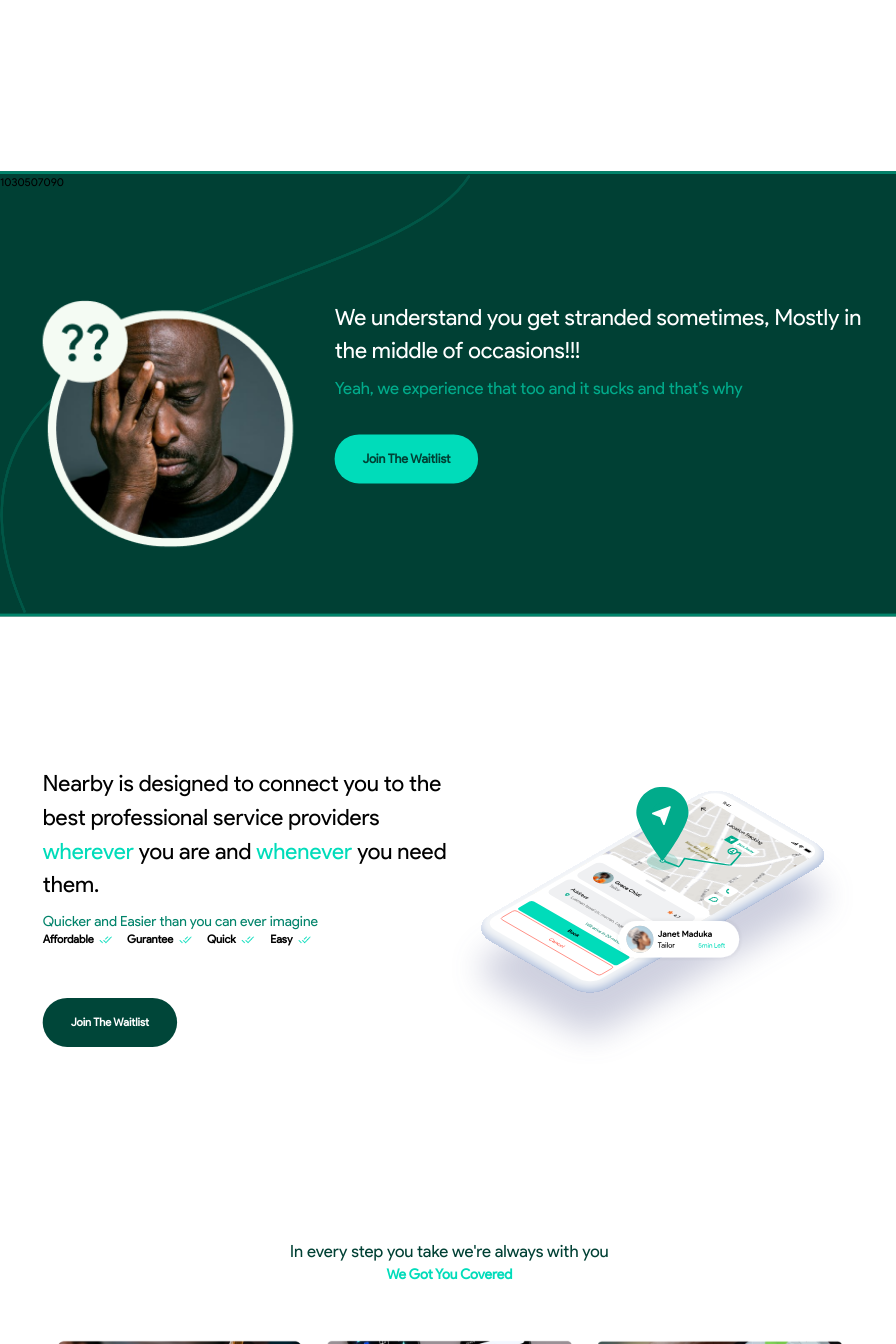
Repository: Eugene44-hub/Mearby
Page: /
An editor plug-in stored every save of this project. The page is shown before and after the next save, followed by the edit.
The browser window is 1280 px wide. The pictures show the part of the page from y = 621 to 2541 px (the page is 5288 px tall before and 5264 px after), at 70% of full size.
The project was rebuilt for these pictures with package versions that can differ from the ones it lists, and the page was loaded fresh each time. Also part of the build but not shown: src/components/understand/Understand.module.css.

Above is the page before, as saved 2022-05-01 13:29:40.

### src/App.tsx
import Nav from './components/nav/Nav';
import LandingPage from './pages/landing/LandingPage';

function App() {
  return (
    <div className='overflow-hidden'>
      <Nav />
      <LandingPage />
    </div>

  );
}

export default App;

### src/components/nav/Nav.tsx
import React from 'react';
import send from '../../assets/images/send.svg';
import nearby from '../../assets/images/nearby logo.svg';
import styles from "./Nav.module.css"
const Nav = () => {
	return (
		<nav className={`md:h-auto h-[96.57px] ${styles.nav} flex`}>
			<header className="m-auto block md:hidden">
				<div className="flex justify-center">
					<img
						src={send}
						className="bg-[#00DCBA] mr-[16.79px] p-3 rounded-tl-[8.91471px] rounded-br-[8.91471px]"
						alt="send"
					/>
					<img src={nearby} alt="send" />
				</div>
			</header>
		</nav>
	);
};

export default Nav;

### src/pages/landing/LandingPage.tsx
import React from 'react'
import Hero from '../../components/hero/Hero';
import Understand from '../../components/understand/Understand';
import janet from '../../assets/images/janet.svg'
import ProfSer from '../../components/profSer/ProfSer';
import Covered from '../../components/covered/Covered';
import Provide from '../../components/Provide/Provide';
import Form from '../../components/form/Form';
const LandingPage = () => {
  return (
    <>

      <Hero />
      <Understand />
      <div className='flex justify-end'>
        <img src={janet} className="md:hidden  mt-[6.313rem]" alt="janet" />

      </div>
      <ProfSer />
      <Covered />
      <Provide />
      <Form/>
    </>
  )
}

export default LandingPage

### src/components/nav/Nav.module.css
@media screen and (max-width:768px) {
    .nav{
/* display: none; */
/* bg-[#014034] */
background-color:#014034;
}
}

### src/components/hero/Hero.tsx
import React from 'react';
import styles from './Hero.module.css';
import checked from '../../assets/images/checked.png';
import heroImg from '../../assets/images/heroImg.png';
import send from '../../assets/images/send.svg';
import nearby from '../../assets/images/nearbyDark.svg';

const Hero = () => {
	const minorText: string[] = [ 'affordable', 'gurantee', 'quick', 'easy' ];
	return (
		<section className="container md:pl-[61px]">
			<div className={`${styles.container} md:flex justify-between`}>
				<div className={`${styles.heroContainer} mb-[3rem] flex flex-wrap md:w-[50%]`}>
					<div className="md:flex w-[20%] hidden mt-[62px] items-center">
						<img
							src={send}
							className="bg-[#00DCBA] w-[100%] mr-[16.79px] p-3 rounded-tl-[8.91471px] rounded-br-[8.91471px]"
							alt="send"
						/>
						<img src={nearby} alt="send" />
					</div>

					<div className="m-auto">
						<h2 className={` ${styles.connectHead} flex items-end md:h-[95.5px]`}>Connecting You</h2>
						<p className={`text-[2rem] ${styles.connectText}`}>
							Getting a Professional service provider for your immediate needs Has never been easier!
						</p>
					</div>

					<ul className={`${styles.connectList} mt-5 flex justify-between `}>
						{minorText.map((item, index) => (
							<li key={index} className="flex items-center capitalize mr-2">
								{item} <img src={checked} className="w-[18px] ml-2" alt="checked" />
							</li>
						))}
					</ul>

					<div className="w-[100%] md:pt-[53px] mt-5 flex md:px-0 p-5">
						<button className="bg-[#004639] font-bold border-white border w-[172px] h-[51px] text-white mr-5 rounded-[50px]">
							Join the Waitlist
						</button>
						<button className="bg-[#C1F2EB] font-bold w-[129px] h-[51px] rounded-[50px] text-[#004034] border border-[#004034] capitalize">
							read more
						</button>
					</div>
				</div>
				<div className="md:w-[50%]">
					<img src={heroImg} className={styles.heroImg} alt="girl" />
				</div>
			</div>
		</section>
	);
};

export default Hero;
// wKcVoY0oBaK0dDUj5
// yX2Q8nskPsN4AjVkAPMBM

### src/components/understand/Understand.tsx
import React from 'react'
import understand from "../../assets/images/understand.png"
import WaitLight from "../../components/Buttons/WaitLight"
import lines from "../../assets/images/lines/darkGreen.svg"
import mobilelines from "../../assets/images/lines/mobileDarkGreen.svg"
import styles from "./Understand.module.css"
const Understand = () => {

  return (
    <div className={`bg-[#004034] ${styles.container} relative border-y-4 border-[#00836A] mt-[20rem]`}>
    {
      [20,40,60,80].map((item,index:number)=>(<img key={index} src={lines} className={`absolute left-[${item}%] hidden md:block h-full`}alt="lines" />))}

{[10,30,50,70,90]}
     <img src={mobilelines} className='absolute md:hidden block left-[10%] h-full' alt="lines" />
     <img src={mobilelines} className='absolute md:hidden block left-[30%]  h-full' alt="lines" />
     <img src={mobilelines} className='absolute md:hidden block left-[50%]  h-full' alt="lines" />
     <img src={mobilelines} className='absolute md:hidden block left-[70%] h-full' alt="lines" />
     <img src={mobilelines} className='absolute md:hidden block left-[90%]  h-full' alt="lines" />
      <div className='container  md:px-0 px-5 pt-[9.75rem] py-[5.938rem] md:pl-[61px] md:pr-[27px] md:flex justify-between  relative mt-[20rem]'>

        <img src={understand} className=" absolute block md:hidden translate-x-[-50%] left-[50%] top-[-20%]" alt="understand" />
        <div className='md:block hidden w-[30%]'>
          <img src={understand} className=" w-[100%]" alt="understand" />

        </div>

        <div className='md:w-[65%] md:mx-0 mx-auto '>
          <div>
            <p className='text-[2rem] text-white'>
              We understand you get stranded sometimes, Mostly in the middle of occasions!!!
            </p>
            <p className='mt-3 text-[1.5rem] text-[#01AB8B] '>
              Yeah, we experience that too and it sucks and that’s why  </p>
          </div>

          <div className='pt-[3rem]'>
            <WaitLight />
          </div>

        </div>
      </div>

    </div>

  )
}

export default Understand

### src/components/profSer/ProfSer.tsx
import React from 'react'
import styles from "./ProfSer.module.css"
import checked from '../../assets/images/checked.png';
import WaitDark from '../../components/Buttons/WaitDark';
import phone from "../../assets/images/phonemap.svg";
const ProfSer = () => {
  const minorText: string[] = ['affordable', 'gurantee', 'quick', 'easy'];

  return (
    <div className='container md:pl-[61px] md:pr-[57px] md:mt-[13.438rem] mt-[2.375rem] '>
      <div className='flex'>
        <div className='p-[20px] md:p-[0]  '>
          <p className='text-[2rem]'>
            Nearby is designed to connect you to the best professional service providers <span className="text-[#00DCBA]">wherever</span>  you are and  <span className="text-[#00DCBA]">whenever</span> you need them.

          </p>
          <p className='text-[1.25rem] text-[#00836A] pt-[0.813rem]'>Quicker and Easier than you can ever imagine</p>
          <ul className={`lg:w-[70%] flex justify-between `}>
            {minorText.map((item, index) => (
              <li key={index} className="flex items-center capitalize mr-2 font-bold">
                {item} <img src={checked} className="w-[18px] ml-2 mr-5" alt="checked" />
              </li>
            ))}
          </ul>

          <div className='mt-[4.438rem]'>
            <WaitDark />

          </div>


          {/* <img src={phone} className="translate-x-[-40%] float-right w-[781px] h-[451px]" alt="" /> */}
        </div>
        <img src={phone} className="w-[50%] h-[451px] hidden md:block float-right" alt="" />

        {/* <div className='flex-1 hidden lg:block m-auto'>
    <img src={phone} className=" w-100%  " alt="" />

    </div> */}

      </div>


      <div className={`${styles.phone} md:hidden mt-[5rem] w-[781px] h-[451px]`}>

      </div>
    </div>

  )
}

export default ProfSer

### src/components/covered/Covered.tsx
import React from 'react'
import one from "../../assets/images/covered/1.png"
import two from "../../assets/images/covered/2.png"
import three from "../../assets/images/covered/3.png"
import WaitDark from "../Buttons/WaitDark"
import ImageCard from '../Cards/ImageCard'

type Cover={
  img:any;text:string
}[]



const Covered = () => {

const covered:Cover=[
  {
    img:one,
    text:"Our system is built to connect you to a network of professionals 24/7 in real-time."
  },
  {
    img:two,
    text:"With the most intuitive user-friendly in-app experience, nothing can ever go wrong"
  },
  {
    img:three,
    text:"We spend a lot of time validating and recruiting only the best professionals just for you."
  },
  {
    img:one,
    text:"We leverage the most advanced GPS to get the service you need right at your doorstep and who knows, might just be your neighbor"
  },
  {
    img:two,
    text:"With the most intuitive user-friendly in-app experience, nothing can ever go wrong"
  },
  {
    img:three,
    text:"We spend a lot of time validating and recruiting only the best professionals just for you."
  }
]


  return (
    <section className='pt-[12.688rem]'>
      <div className='container md:pl-[61px] md:pr-[57px]'>
      <div className='p-[20px]'>
      <div className='text-center'>
      <h2 className='text-[#004034] text-[1.5rem]'>In every step you take we're always with you</h2>
      <p className='capitalize text-[#00DCBA] font-bold text-[1.25rem]'>we got you Covered</p>
      </div>
<div className='mt-[5rem] flex flex-wrap sm:gap-3 lg:justify-between justify-center'>
  {covered.map((item,index)=>(
<ImageCard key={index} img={item.img} text={item.text}/>

  ))}

</div>


      </div>
<div className='flex justify-center '>
  <WaitDark/>
</div>
      </div>


    </section>
  )
}

export default Covered

### src/components/Provide/Provide.tsx
import React from 'react'
import one from "../../assets/images/covered/1.png"
import two from "../../assets/images/covered/2.png"
import three from "../../assets/images/covered/3.png"
import ImageCard from '../Cards/ImageCard'
type Cover = {
  img: any; text: any
}[]

const Provide = () => {
  const covered: Cover = [
    {
      img: one,
      text: <p className='text-white'>Using precise location tracking, we make it super easy to locate clients <br />
        <span className='text-[#00DCBA]'>Just one click away</span>  </p>
    },
    {
      img: two,
      text: <p className='text-white'>Our system is built to detect traffic and give you the fastest route.
        <br />
        <span className='text-[#00DCBA]'> Beat traffic all the time, every time</span>  </p>
    },
    {
      img: three,
      text: <p className='text-white'>We provide a comprehensive analytics  of where your service is most needed

        <br />
        <span className='text-[#00DCBA]'>       Add some cool caption lol</span>  </p>
    },
    {
      img: one,
      text: <p className='text-white'>Ratings to promote you and get you more clients plus edu. materials to keep you relevant.
        <span className='text-[#00DCBA]'> We got you</span>  </p>
    },
    {
      img: two,
      text: <p className='text-white'>Our system is built to detect traffic and give you the fastest route.
        <br />
        <span className='text-[#00DCBA]'> Beat traffic all the time, every time</span>  </p>
    },
    {
      img: three,
      text: <p className='text-white'>we provide an easy and secure way to enable you to collect a payment, instantly.
        <span className='text-[#00DCBA]'>  Just like magic</span>  </p>
    }
  ]

  return (
    <section className='mt-[8.25rem] bg-[#004034] pt-[4.313rem]'>
      <div className='container md:pl-[61px] md:pr-[57px] px-[20px]'>
        <div className=''>
          <div className='text-center'>
            <h2 className='text-white text-[1.5rem]'>And if you got service to provide</h2>
          </div>
          <div className='mt-[5rem] flex flex-wrap sm:gap-3 lg:justify-between justify-center'>
            {covered.map((item, index) => (
              <ImageCard border={true} key={index} img={item.img} text={item.text} />

            ))}

          </div>


        </div>

      </div>


    </section>
  )
}

export default Provide

### src/components/form/Form.tsx
import React from 'react'
import send from '../../assets/images/send.svg';
import nearby from '../../assets/images/nearbyDark.svg';
import WaitDark from "../Buttons//WaitDark"
const Form = () => {
  return (
    <section className='mt-[10rem] p-[20px] '>
      <div className='container md:pl-[61px] md:pr-[57px]'>
        <div className="flex justify-center">
          <img
            src={send}
            className="bg-[#00DCBA] mr-[16.79px] p-3 rounded-tl-[8.91471px] rounded-br-[8.91471px]"
            alt="send"
          />
          <img src={nearby} alt="send" />
        </div>
        <p className='text-center font-bold mt-[2rem] text-[#01AB8B]'>Be part of the network of interconnectivity </p>
        <h2 className='text-center md:text-[2rem] text-[1.5rem] lg:w-[50%] m-auto'> Join the waiting list now to get early access to all the good stuff completely free</h2>
      </div>
      <form className='mt-[5rem] lg:w-[344px] md:w-[50%] m-auto' action="#">

        <div className='mb-5'>
          <div className='mb-5'>
            <label className='capitalize font-bold' htmlFor="fullname">fullname</label>

          </div>
          <input placeholder="e.g Meshach Philip" className='bg-[#E3E3E3] p-4 rounded-lg w-full outline-none' type="text" />
        </div>


        <div>
          <div className='mb-5'>
            <label className='capitalize font-bold' htmlFor="email">email</label>
          </div>

          <input placeholder="meshachphilip@gmail.com" className='bg-[#E3E3E3] p-4 rounded-lg w-full outline-none' type="text" />
        </div>
        <p className='mt-3 text-[#7E7E7E]'>We value your privacy and we will not sell, distribute or abuse your data</p>
        <div className='justify-center my-[5rem] flex '>
          <WaitDark />
        </div>
      </form>
    </section>

  )
}

export default Form

### src/components/hero/Hero.module.css
.container {
    height: 812px;
    background-image: url(../../assets/images/mobileHero.png);
    background-repeat: no-repeat;
    background-position: center;
    background-size: 133% 100%;
}

.heroImg {
    display: none;
    width: 100%;
}

.heroContainer {
    /* background-color: black; */
    color: white;
}

.connectHead,
.connectText,
.connectList {
    padding: 0 20px;
}

.connectHead {
    height: 60px;
}

@media screen and (min-width:600px) {
    .container {
        background-image: none;
        height: auto;
    }
    .connectHead {
        background-color: none;
    }
    .heroImg {
        display: block;
    }
    .connectHead {
        background-color: none;
    }
    .heroContainer {
        /* background-color: black; */
        color: black;
    }
}

@media screen and (min-width:768px) {
    .connectHead,
    .connectText,
    .connectList {
        padding: 0px;
    }
}

@media screen and (max-width:600px) {
    .connectHead {
        background-color: #004034;
    }
}


/* .minorTxt{
} */


/* linear-gradient(rgba(0, 64, 52, 1), rgba(0, 57, 64, 0)) */


/* linear-gradient(rgba(0, 64, 52, 1),rgba(0, 64, 52, 1)) */

### src/components/Buttons/WaitLight.tsx
import React from 'react'
import styles from "./Button.module.css"

const Wait = () => {
  return (
    <button className={`${styles.light} capitalize`}>Join the waitlist</button>

  )
}

export default Wait

### src/components/profSer/ProfSer.module.css
.phone {
    background-image: url(../../assets/images/phonemap.svg);
    background-position-x: -210%;
    background-size: contain;
    background-repeat: no-repeat;
}

### src/components/Buttons/WaitDark.tsx
import React from 'react'
import styles from "./Button.module.css"

const Wait = () => {
  return (
    <button className={`${styles.dark} capitalize`}>join the waitlist</button>
  )
}

export default Wait

### src/components/Cards/ImageCard.tsx
import React from 'react'
interface Props {
  img: any;
  text: any;
  border?: boolean
}
const ImageCard = (props: Props) => {
  return (
    <div className='w-[350px]  mb-[2.5rem]'>
      <img src={props.img} className={`w-full ${props.border && "border-white border-inset rounded-[10px] border-4"}`} alt="" />
      <div className='text-[1.125rem]  p-4 text-center'>{props.text}</div>
    </div>
  )
}

export default ImageCard

### src/components/Buttons/Button.module.css
    .light {
        background-color: #00DCBA;
        color: #004034;
        width: 205px;
        font-size: 1.125rem;
    }

    .dark {
        background-color: #004639;
        color: white;
        font-size: "1rem";
        width: 192px;
    }

    .light,
    .dark {
        height: 70px;
        border-radius: 50px;
        font-weight: bold;
    }

Loaded but not shown: public/index.html (common file); src/index.tsx (common file); src/index.css (common file); tailwind.config.js (common file)

After the next save:
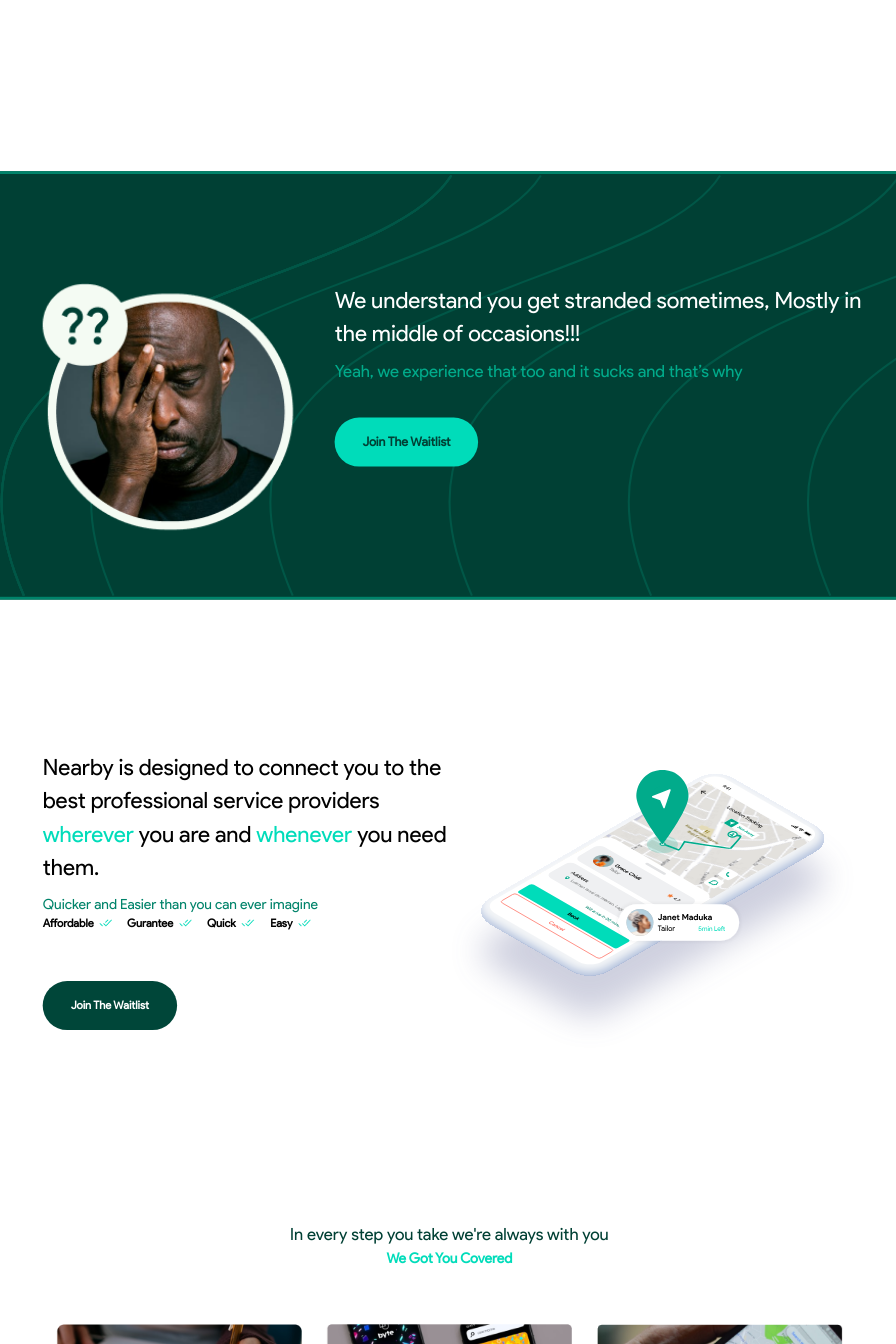
Saved 25 s later.
--- a/src/components/understand/Understand.tsx
+++ b/src/components/understand/Understand.tsx
@@ -11,7 +11,7 @@ const Understand = () => {
     {
       [20,40,60,80].map((item,index:number)=>(<img key={index} src={lines} className={`absolute left-[${item}%] hidden md:block h-full`}alt="lines" />))}
 
-{[10,30,50,70,90]}
+{[10,30,50,70,90].map((item,index:number)=>(<img key={index} src={lines} className={`absolute left-[${item}%] hidden md:block h-full`}alt="lines" />))}
      <img src={mobilelines} className='absolute md:hidden block left-[10%] h-full' alt="lines" />
      <img src={mobilelines} className='absolute md:hidden block left-[30%]  h-full' alt="lines" />
      <img src={mobilelines} className='absolute md:hidden block left-[50%]  h-full' alt="lines" />
